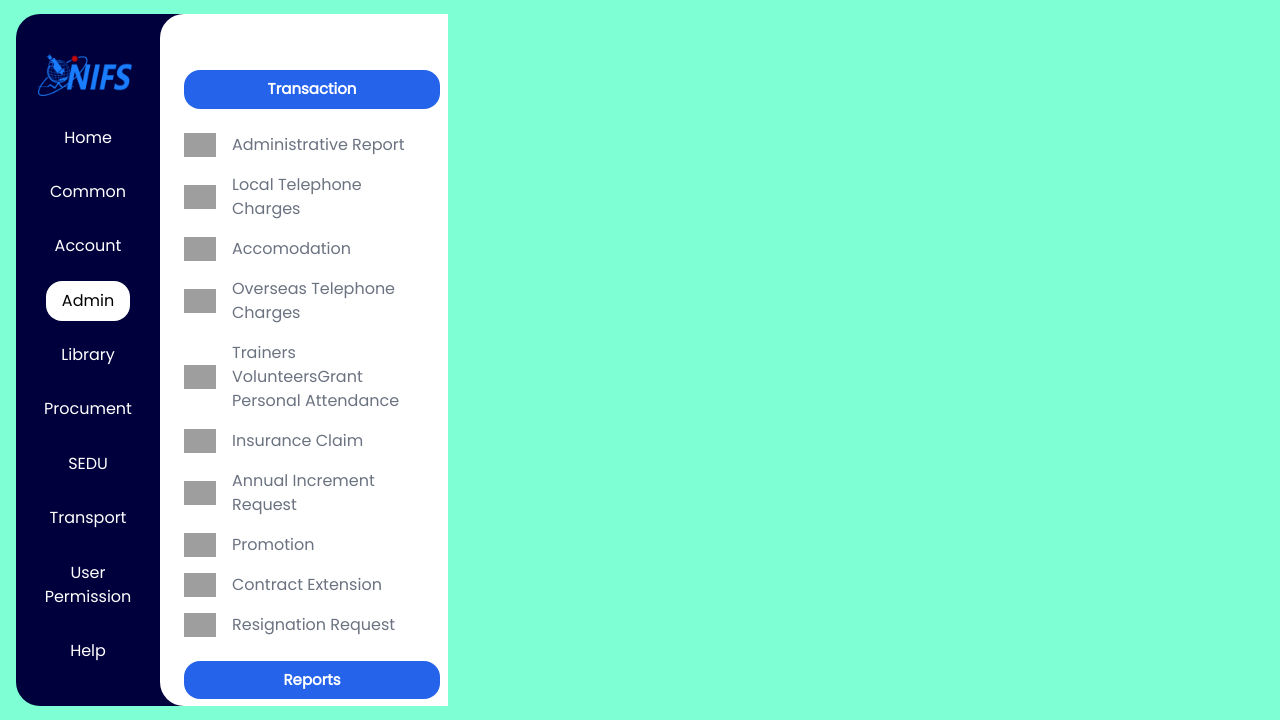
Repository: virangaj/NIFS-WebApp
Page: /admin (app in client/)
An editor plug-in stored every save of this project. The page is shown before and after a run of saves, followed by the edit.
The browser window is 1280 px wide. The pictures show the whole page.
Pictures or frames that could not be fetched are drawn as grey boxes. The project was rebuilt for these pictures with package versions that can differ from the ones it lists, and the page was loaded fresh each time. Also part of the build but not shown: client/src/pages/Login.tsx, client/src/pages/Home.tsx, client/src/components/Transport/shared/TransportNavbar.js, client/src/pages/TransportMainPage.tsx, client/src/pages/CommonMainPage.tsx, client/src/pages/AccountMainPage.tsx, client/src/pages/LibraryMainPage.js, client/src/pages/ProcumentMainPage.js and 15 more.

Above is the page before, as saved 2022-07-30 23:42:22.

### client/public/index.html
<!DOCTYPE html>
<html lang="en">
	<head>
		<meta charset="utf-8" />
		<link rel="icon" href="nifs_logo.png" />
		<meta name="viewport" content="width=device-width, initial-scale=1" />
		<meta name="theme-color" content="#000000" />
		<meta
			name="description"
			content="Web site created using create-react-app"
		/>
		<link rel="apple-touch-icon" href="%PUBLIC_URL%/logo192.png" />
		<!--
      manifest.json provides metadata used when your web app is installed on a
      user's mobile device or desktop. See https://developers.google.com/web/fundamentals/web-app-manifest/
    -->
		<link rel="manifest" href="%PUBLIC_URL%/manifest.json" />
		<!--
      Notice the use of %PUBLIC_URL% in the tags above.
      It will be replaced with the URL of the `public` folder during the build.
      Only files inside the `public` folder can be referenced from the HTML.

      Unlike "/favicon.ico" or "favicon.ico", "%PUBLIC_URL%/favicon.ico" will
      work correctly both with client-side routing and a non-root public URL.
      Learn how to configure a non-root public URL by running `npm run build`.
    -->
		<link
			href="https://fonts.googleapis.com/css?family=Poppins"
			rel="stylesheet"
		/>
		<title>NIFS Dashboard</title>
	</head>
	<body>
		<noscript>You need to enable JavaScript to run this app.</noscript>
		<div id="root"></div>
		<!--
      This HTML file is a template.
      If you open it directly in the browser, you will see an empty page.

      You can add webfonts, meta tags, or analytics to this file.
      The build step will place the bundled scripts into the <body> tag.

      To begin the development, run `npm start` or `yarn start`.
      To create a production bundle, use `npm run build` or `yarn build`.
    -->
	</body>
</html>

### client/src/index.css
@tailwind base;
@tailwind components;
@tailwind utilities;

* {
  margin: 0;
}

body {
  font-family: 'Poppins';
  -webkit-font-smoothing: antialiased;
  -moz-osx-font-smoothing: grayscale;
  background-color: aliceblue;

}

::-webkit-scrollbar {
  display: none;
}


:root {
  --main-navbar-back: #00003c;
  --nav-title-section-back: rgba(47, 163, 72, 0.589);
  --white: #fff;
  --black: #000;
  --gray: rgba(68, 68, 68, 0.432);
  --border-radius: 10px;
  --pimary: rgb(10, 94, 133);
  --warning: #ed3d63;
  --secondary-nav-color: rgb(255, 255, 255);
}


.nav-logo {
  width: 100px;
  height: auto;
  margin-bottom: 2vh;
}

a {
  text-decoration: none;
}

.border-l-rounded {}

/* main navbar */
.main-nav-bg {
  background-color: var(--main-navbar-back) !important;
}

.main-navbar {
  background-color: var(--main-navbar-back) !important;
  width: 100% !important;
  height: 80px !important;

}

/* secondary navbar */

.sec-nav-bg {
  background-color: var(--secondary-nav-color);
}

.secondary-navbar {
  margin: auto;
}

.nav-flex-section {
  display: -webkit-flex;
  display: -ms-flexbox;
  display: flex;
  -webkit-flex-wrap: wrap;
  -ms-flex-wrap: wrap;
  flex-wrap: wrap;
  justify-content: center;
}

.nav-flex-inside {
  margin-left: 5px;
  margin-left: 5px;
}

.nav-title {
  font-size: 15px;
  text-align: center;
  color: var(--white);
  font-weight: 600;

}

.nav-title-section {
  border-radius: var(--border-radius);
  background-color: var(--nav-title-section-back);
  box-shadow: rgba(100, 100, 111, 0.2) 0px 7px 29px 0px;
  pointer-events: none;
  margin-left: 10px;
  margin-left: 10px;
}

.nav-icon {
  width: 40px;
}

.nav-link {
  display: flex;
  display: -webkit-flex;
  display: -ms-flexbox;
  flex-direction: column;
  align-items: center;
  font-size: 14px;
  margin-left: 5px;
  margin-right: 5px;
  border: none;
  box-shadow: rgba(100, 100, 111, 0.2) 0px 7px 29px 0px;
  padding: 4px 8px 6px 8px;
  margin-bottom: 10px;
  text-align: center;
  width: 125px;
  border-radius: var(--border-radius);
  background-color: var(--white);
  outline: none;
  min-height: 120px;
}

.nav-link:hover {
  color: var(--pimary);
  cursor: pointer;
  box-shadow: rgba(81, 146, 177, 0.2) 0px 7px 29px 0px;
  background-color: rgb(254, 255, 205);
  border-bottom: 2px solid var(--warning);
}


.nav-link:active {
  color: var(--pimary);
  cursor: pointer;
  box-shadow: rgba(81, 146, 177, 0.2) 0px 7px 29px 0px;
  background-color: rgb(205, 248, 255);
  border-bottom: 2px solid var(--warning);
}

.nav-link-active {
  color: var(--pimary);
  cursor: pointer;
  box-shadow: rgba(81, 146, 177, 0.2) 0px 7px 29px 0px;
  background-color: rgb(205, 248, 255);
  border-bottom: 2px solid var(--warning);
}

/* body content*/
.body-content {
  margin: auto;
  width: 90%;
  margin-top: 12vh;

}

/* main page content */
.main-content {
  width: 90%;
  margin: auto;
  margin-top: 20px;
}

/* sub page content */

.sub-body-content {
  border: 2px solid var(--gray);
  border-radius: var(--border-radius);
  padding: 10px;
}

.sub-body-title {
  font-size: 24px;
}



/* error page */
.error-page {
  border: 2px solid var(--gray);
  border-radius: var(--border-radius);
  height: 50vh;
  width: 50vw;
  margin: auto;
  margin-top: 50px;
}

.error-page-content {
  display: flex;
  flex-direction: column;
  align-items: center;
  text-align: center !important;
  margin-top: 50px;
}

.error-page-content h1 {
  font-size: 100px;
  color: var(--warning);
  font-weight: 700;
  pointer-events: none;

}

.error-page-content p {
  font-size: 20px;
  margin-bottom: 20px;
  pointer-events: none;
}


@media screen and (max-width: 1366px) {
  body {
    background-color: aquamarine;
  }

  .nav-link {
    font-size: 12px;
    padding: 4px 4px 6px 4px;
    width: 100px;
    min-height: 100px;
  }

  .nav-icon {
    width: 35px;
  }
}

### client/src/App.tsx
import React, { useEffect } from 'react';
import Navbar from './components/shared/Navbar';
import Login from './pages/Login'
import { BrowserRouter as Router, Route, Routes } from 'react-router-dom'
import Home from './pages/Home';
import TransportMainPage from './pages/TransportMainPage';
import CommonMainPage from './pages/CommonMainPage';
import AccountMainPage from './pages/AccountMainPage';
import AdminMainPage from './pages/AdminMainPage';
import LibraryMainPage from './pages/LibraryMainPage';
import ProcumentMainPage from './pages/ProcumentMainPage';
import SeduMainPage from './pages/SeduMainPage';
import UserPermissionMainPage from './pages/UserPermissionMainPage';
import NotificationMainPage from './pages/NotificationMainPage';
import HelpMainPage from './pages/HelpMainPage';
import ErrorPage from './pages/ErrorPage';
import VerticalMainNavbar from './components/shared/VerticalMainNavbar';


function App() {


  return (
    <div className='w-[98%] flex mx-auto flex-col h-[100vh]'>
      <Router>
        {/* <Navbar /> */}
        <div>
          <VerticalMainNavbar />
        </div>
        <div className='overflow-y-scroll ml-4 scroll-bar'>
          <Routes>
            <Route path="/login" element={<Login />} />
            <Route path="/" element={<Home />} />
            <Route path="/common/*" element={<CommonMainPage />} />
            <Route path="/account/*" element={<AccountMainPage />} />
            <Route path="/admin/*" element={<AdminMainPage />} />
            <Route path="/library/*" element={<LibraryMainPage />} />
            <Route path="/procument/*" element={<ProcumentMainPage />} />
            <Route path="/sedu/*" element={<SeduMainPage />} />
            <Route path="/transport/*" element={<TransportMainPage />} />
            <Route
              path="/user-permission/*"
              element={<UserPermissionMainPage />}
            />
            <Route
              path="/notification/*"
              element={<NotificationMainPage />}
            />
            <Route path="/help/*" element={<HelpMainPage />} />
            <Route path="/error-404" element={<ErrorPage />} />
          </Routes>
        </div>


      </Router>
    </div>
  );
}

export default App;

### client/src/pages/AdminMainPage.tsx
import React from 'react';
import SecondaryNavbar from '../components/shared/SecondaryNavbar';
import Pages from '../components/data/AdminNavData.json'
import VerticalSecondaryNavbar from '../components/shared/VerticalSecondaryNavbar';
function AdminMainPage() {
	return <div className="body-position" >
		{/* <SeduSecondaryNavbar /> */}
		{/* <SecondaryNavbar pages={Pages} /> */}
		{/* <div className="main-content"> */}
		<div className='secondary-nav-position'>
			<VerticalSecondaryNavbar pages={Pages} />
		</div>
	</div>;
}

export default AdminMainPage;

### client/src/components/shared/VerticalMainNavbar.tsx
import { Button } from '@mui/material'
import React from 'react'
import { Link, useLocation } from 'react-router-dom'
import Pages from '../data/MainNavPages.json'
import { HiMenuAlt2 } from "react-icons/hi";
import Logo from '../../images/nifs_logo.png'


function VerticalMainNavbar() {

    const location: any = useLocation();

    return (
        <>
            <div className='fixed left-0 w-48 top-[2vh] main-nav-bg ml-4 rounded-l-3xl'>
                <div className='h-[96vh] w-36 flex flex-col items-center py-10 px-2'>
                    <Link to='/'>
                        <img src={Logo} alt="logo" className="nav-logo" />
                    </Link>
                    {Pages.map((page, index) => (
                        location.pathname.split('/')[1] === page.link.split('/')[1] ?
                            <Link to={page.link} style={{ textDecoration: 'none' }} key={index}>
                                <button className='bg-white my-[1vh] px-4 py-2 rounded-2xl text-black'>
                                    {page.title}
                                </button>
                            </Link>
                            :
                            <Link to={page.link} style={{ textDecoration: 'none' }} key={index}>
                                <button className='my-[1vh] px-4 py-2 rounded-2xl text-white'>

                                    {page.title}
                                </button>
                            </Link>
                    ))}
                </div>
            </div>
            {/* <div className='fixed left-0 w-24 top-[2vh] visible md:invisible main-nav-bg ml-2 rounded-l-3xl'>
                <div className='h-[96vh] w-20 flex flex-col items-center py-10 px-2'>
                    <p className='text-white text-2xl cursor-pointer'>

                        <HiMenuAlt2 />
                    </p>


                </div>
            </div> */}
        </>
    )
}

export default VerticalMainNavbar

### client/src/components/shared/VerticalSecondaryNavbar.tsx
import React from 'react'
import Box from '@mui/material/Box';
import { Link, useLocation } from 'react-router-dom';
import Employees from '../data/Employee.json';

function VerticalSecondaryNavbar(props: any) {
    console.log(props.pages)
    const location = useLocation();
    const user = Employees[0];
    // const isAdmin: Boolean = user.deparment.toUpperCase() === location.pathname.split('/')[1].toUpperCase() && user.admin === true;
    const isAdmin: Boolean = true;

    console.log(isAdmin)
    const pages: any = props.pages;
    return (
        <div className='fixed left-0 w-72 top-[2vh] sec-nav-bg ml-40 rounded-l-3xl'>
            <div className='h-[96vh] flex flex-col items-start ml-4 py-10 px-2'>

                {pages.map((content: any, index: number) =>
                    <>
                        <div className='my-4 w-full bg-blue-600 py-2 px-4 rounded-2xl '>
                            <p className='nav-title'>{content.section}</p>
                        </div>
                        {content.routes.map((page: any, i: number) => (
                            isAdmin ? <Link to={page.link} key={i}>
                                <div className='flex items-center'>
                                    <img src={page.img} alt={page.title} className='w-8' />
                                    <button className={location.pathname === page.link ? 'px-4 py-2 rounded-2xl text-black font-semibold text-left hover:text-blue-500 hover:font-semibold' : 'text-gray-500 px-4 py-2 text-left hover:text-blue-500 hover:font-semibold'}>{page.title}</button>
                                </div>
                            </Link> : (!page.only_admin ? <Link to={page.link} key={i}>
                                <div className='flex items-center'>
                                    <img src={page.img} alt={page.title} className='w-8' />
                                    <button className={location.pathname === page.link ? 'px-4 py-2 rounded-2xl text-black font-semibold text-left hover:text-blue-500 hover:font-semibold' : 'text-gray-500 px-4 py-2 text-left hover:text-blue-500 hover:font-semibold'}>{page.title}</button>
                                </div>
                            </Link> : "")
                        ))}
                    </>

                )}

            </div>

        </div>
    )
}

export default VerticalSecondaryNavbar

### client/src/components/data/AdminNavData.json
[
    {
        "section": "Transaction",
        "only_admin": false,
        "routes": [
            {
                "title": "Administrative Report",
                "link": "/admin/administrative-report",
                "img": "https://img.icons8.com/fluency/50/000000/administrative-tools.png",
                "only_admin": false
            },
            {
                "title": "Local Telephone Charges",
                "link": "/admin/local-tel-charges",
                "img": "https://img.icons8.com/fluency/50/000000/phone-office.png",
                "only_admin": false
            },
            {
                "title": "Accomodation",
                "link": "/admin/accomodation",
                "img": "https://img.icons8.com/fluency/50/000000/3-star-hotel.png",
                "only_admin": false
            },
            {
                "title": "Overseas Telephone Charges",
                "link": "/admin/overseas-tel-charges",
                "img": "https://img.icons8.com/fluency/50/000000/around-the-globe.png",
                "only_admin": false
            },
            {
                "title": "Trainers VolunteersGrant Personal Attendance",
                "link": "/admin/trainer-volunteer-attendance",
                "img": "https://img.icons8.com/fluency/50/000000/manager.png",
                "only_admin": false
            },
            {
                "title": "Insurance Claim",
                "link": "/admin/insurance-claim",
                "img": "https://img.icons8.com/fluency/50/000000/broker.png",
                "only_admin": false
            },
            {
                "title": "Annual Increment Request",
                "link": "/admin/annual-increment-request",
                "img": "https://img.icons8.com/fluency/50/000000/economic-improvement.png",
                "only_admin": false
            },
            {
                "title": "Promotion",
                "link": "/admin/promotion",
                "img": "https://img.icons8.com/fluency/50/000000/loyalty-card.png",
                "only_admin": false
            },
            {
                "title": "Contract Extension",
                "link": "/admin/contract-extension",
                "img": "https://img.icons8.com/fluency/50/000000/contract.png",
                "only_admin": false
            },
            {
                "title": "Resignation Request",
                "link": "/admin/resignation-request",
                "img": "https://img.icons8.com/fluency/50/000000/exit.png",
                "only_admin": false
            }
        ]
    },
    {
        "section": "Reports",
        "only_admin": true,
        "routes": [
            {
                "title": "Report Generator",
                "link": "/admin/report-generator",
                "img": "https://img.icons8.com/cute-clipart/50/000000/load-from-file.png",
                "only_admin": true
            }
        ]
    }
]

### client/src/components/data/MainNavPages.json
[
    {
        "id": 0,
        "title": "Home",
        "link": "/"
    },
    {
        "id": 1,
        "title": "Common",
        "link": "/common"
    },
    {
        "id": 2,
        "title": "Account",
        "link": "/account"
    },
    {
        "id": 3,
        "title": "Admin",
        "link": "/admin"
    },
    {
        "id": 4,
        "title": "Library",
        "link": "/library"
    },
    {
        "id": 5,
        "title": "Procument",
        "link": "/procument"
    },
    {
        "id": 6,
        "title": "SEDU",
        "link": "/sedu"
    },
    {
        "id": 7,
        "title": "Transport",
        "link": "/transport"
    },
    {
        "id": 8,
        "title": "User Permission",
        "link": "/user-permission"
    },
    {
        "id": 10,
        "title": "Help",
        "link": "/help"
    }
]

### client/src/components/data/Employee.json
[
    {
        "id": 0,
        "value": "Mr. Kamal",
        "admin": true,
        "deparment": "Transpoort"
    },
    {
        "id": 1,
        "value": "Mr. Sunil",
        "admin": true,
        "deparment": "SEDU"
    },
    {
        "id": 2,
        "value": "Mr. Kusal",
        "admin": false,
        "deparment": "Transpoort"
    },
    {
        "id": 3,
        "value": "Mrs. Nayana",
        "admin": false,
        "deparment": "SEDU"
    },
    {
        "id": 4,
        "value": "Miss Rashmi",
        "admin": false,
        "deparment": "Transpoort"
    }
]

Loaded but not shown: client/src/index.tsx (common file); client/src/reportWebVitals.ts (common file); client/tailwind.config.js (common file)

After the next 2 saves:
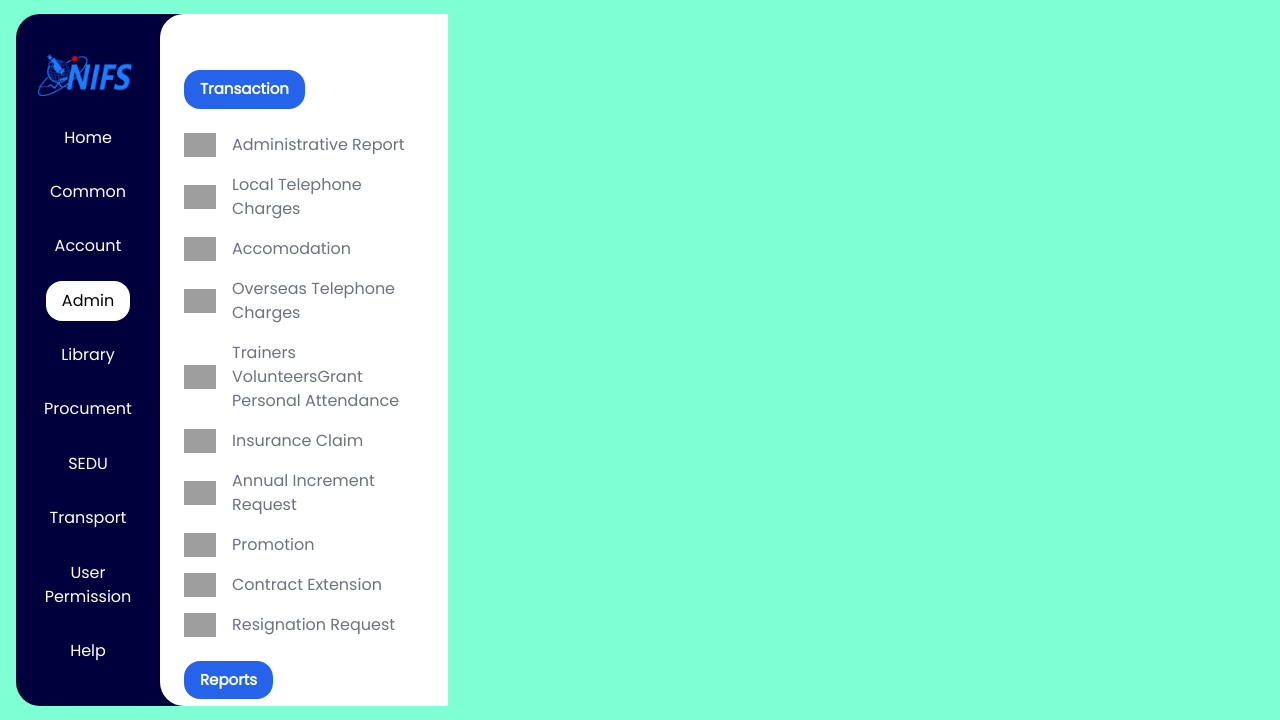
The 2 saves are shown as one change because they came seconds apart.
The last was saved 43 s later.
--- a/client/src/components/shared/VerticalSecondaryNavbar.tsx
+++ b/client/src/components/shared/VerticalSecondaryNavbar.tsx
@@ -18,7 +18,7 @@ function VerticalSecondaryNavbar(props: any) {
 
                 {pages.map((content: any, index: number) =>
                     <>
-                        <div className='my-4 w-full bg-blue-600 py-2 px-4 rounded-2xl '>
+                        <div className='my-4 w-[72] bg-blue-600 py-2 px-4 rounded-2xl '>
                             <p className='nav-title'>{content.section}</p>
                         </div>
                         {content.routes.map((page: any, i: number) => (
